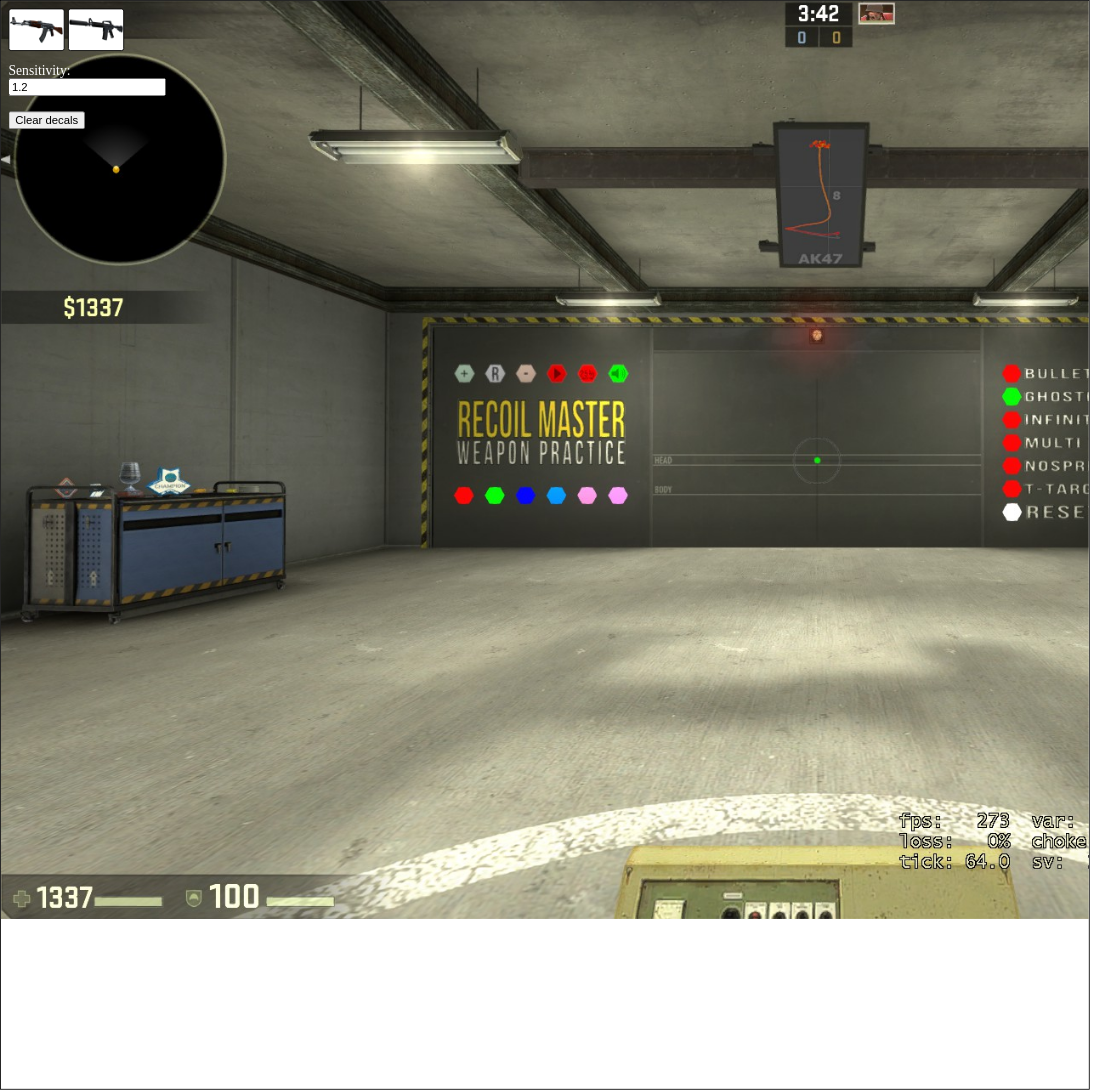
Repository: JerAguilon/GunSprayer
Page: Eclipse/SprayAndPray/index.html
An editor plug-in stored every save of this project. The page is shown before and after the next save, followed by the edit.
The browser window is 1280 px wide. The page is 1290 px wide, so the pictures cover 1290 px, including what lies to the right of the window. The pictures show the whole page, at 85% of full size.

Above is the page before, as saved 2015-08-01 10:22:24.

After the next save:
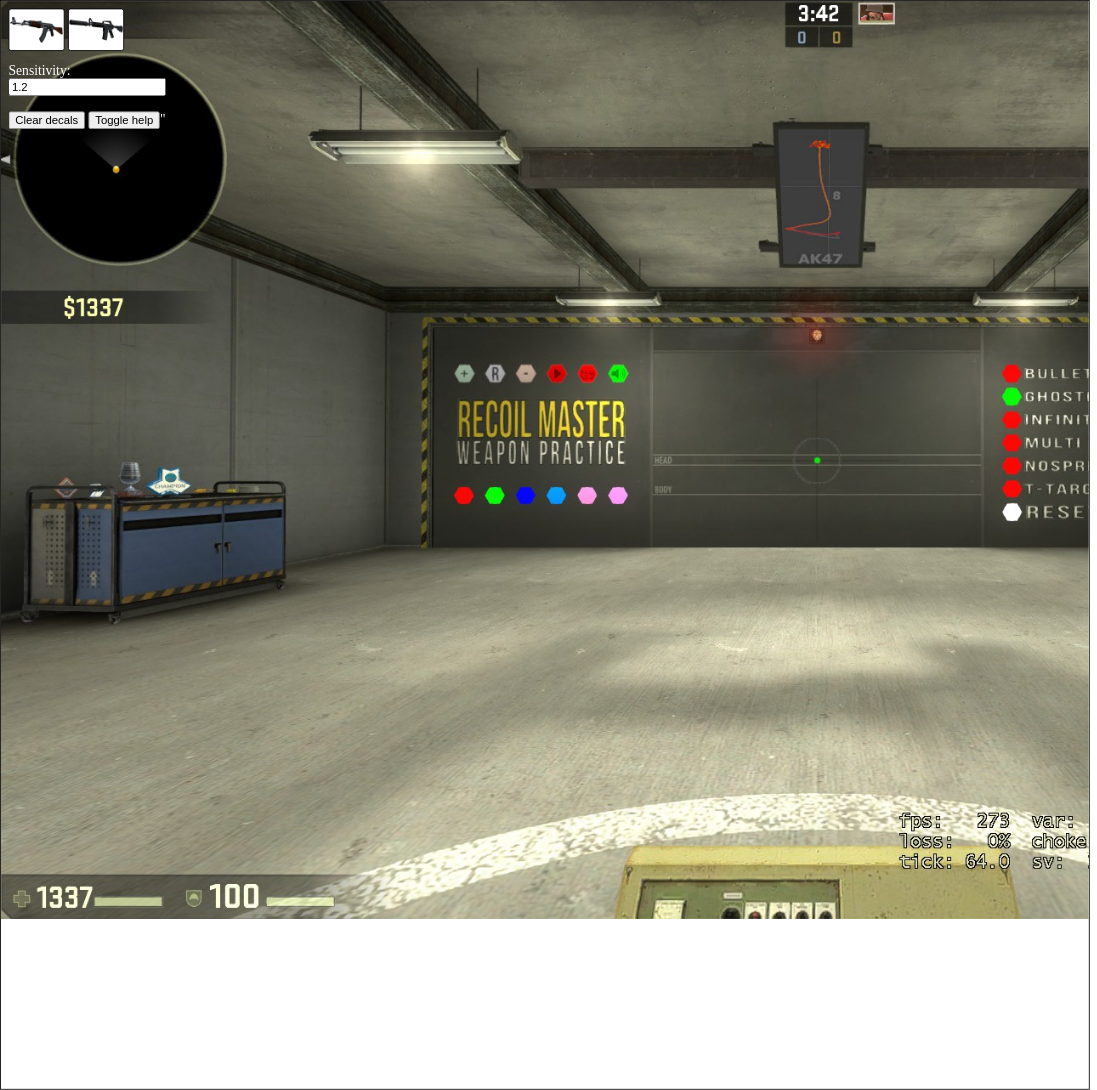
Saved 117 s later.
--- a/Eclipse/SprayAndPray/index.html
+++ b/Eclipse/SprayAndPray/index.html
@@ -23,7 +23,7 @@
 		<input type = "text" name = "sensitivty" id = "sensitivity" value = "1.2"/>
 		<br><br>
 		<button type ='button' onclick = "clearDecals()">Clear decals</button>
-
+		<button type = 'button' onclick = "Toggle()">Toggle help</button>"
 	</form>
 
 	<script type=text/javascript src ="js/main.js"></script>
